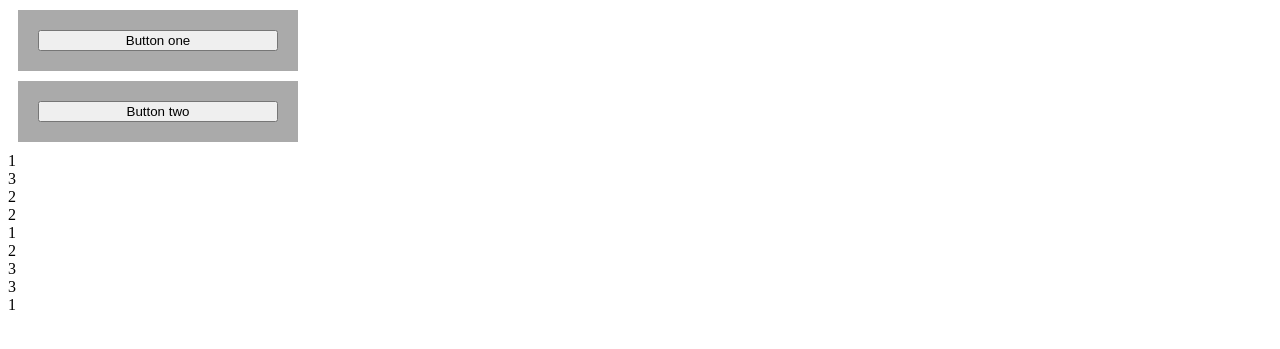
Repository: PeterKellett/the-importance-of-this
Page: index.html
The author's editor kept a record of every edit. The page is drawn from the files as they stood at one moment, then again after the next edit.
The browser window is 1280 px wide. The pictures show the whole page.

Above is the page before.

### index.html
<!DOCTYPE html>
<html lang="en">

<head>
    <meta charset="UTF-8">
    <meta name="viewport" content="width=device-width, initial-scale=1.0">
    <meta http-equiv="X-UA-Compatible" content="ie=edge">
    <link rel="stylesheet" href="css/style.css" type="text/css" />
    <script type="text/javascript" src="js/jquery-3.4.1.js"></script>
    <title>Document</title>
</head>

<body>
    <div class="container">
        <div class="card">
            <button>Button one</button>
        </div>
        <div class="card">
            <button>Button two</button>
        </div>
    </div>
    <div>
        <div class="box one">
            1
        </div>
        <div class="box three">
            3
        </div>
        <div class="box two">
            2
        </div>
        <div class="box two">
            2
        </div>
        <div class="box one">
            1
        </div>
        <div class="box two">
            2
        </div>
        <div class="box three">
            3
        </div>
        <div class="box three">
            3
        </div>
        <div class="box one">
            1
        </div>
    </div>
    <script type="text/javascript" src="js/script.js"></script>
</body>

</html>

### css/style.css
#container {
    display: flex;
    flex-flow: row wrap;
    box-sizing: border-box;
    margin-right: auto;
    margin-left: auto;
    max-width: 1050px;
}

.card {
    flex: 1;
    display: flex;
    flex-flow: column;
    max-width: 240px;
    margin: 10px;
    padding: 20px;
    background-color: #aaa;
}

.makeRed {
    background-color: red;
}

.makeBlue {
    background-color: blue;
}

.box {

}

### js/script.js
$(document).ready(function() {
    $("button").mouseenter(function() {
        $(this).removeClass("makeRed").addClass("makeBlue");
    });

    $("button").mouseleave(function() {
        $(this).removeClass("makeBlue").addClass("makeRed");
    });

    $(".box").on("click", function() {
        /*When we click on an element that has a 'box' class, this event will be triggered*/
        var classNames = $(this).attr("class").split(" ");
        var boxClass = classNames[0];
        var className = classNames[1];
        if ($(this).css("background-color") == "rgb(255, 0, 0") {
            //if this object is already red, turn it black
            $("." + className).css("background-color", "#000");
        }
        else {
            /*else turn all elements with a box class black
            and then change the color of all elements
            with the same class name as the clicked element*/
            $("." + boxClass).css("background-color", "#000");
            $("." + className).css("background-color", "red");
        }

    });
});

Loaded but not shown: js/jquery-3.4.1.js (library)

After the next edit:
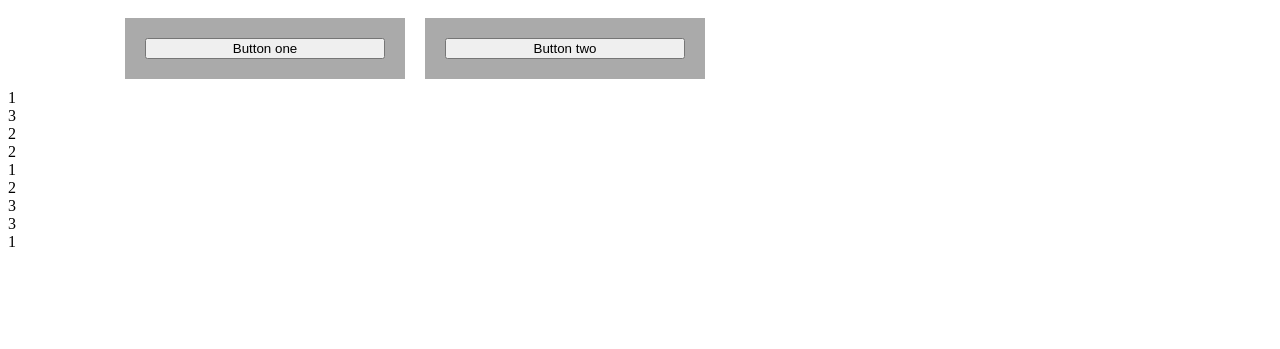
The edit:
--- a/css/style.css
+++ b/css/style.css
@@ -1,4 +1,4 @@
-#container {
+.container {
     display: flex;
     flex-flow: row wrap;
     box-sizing: border-box;
